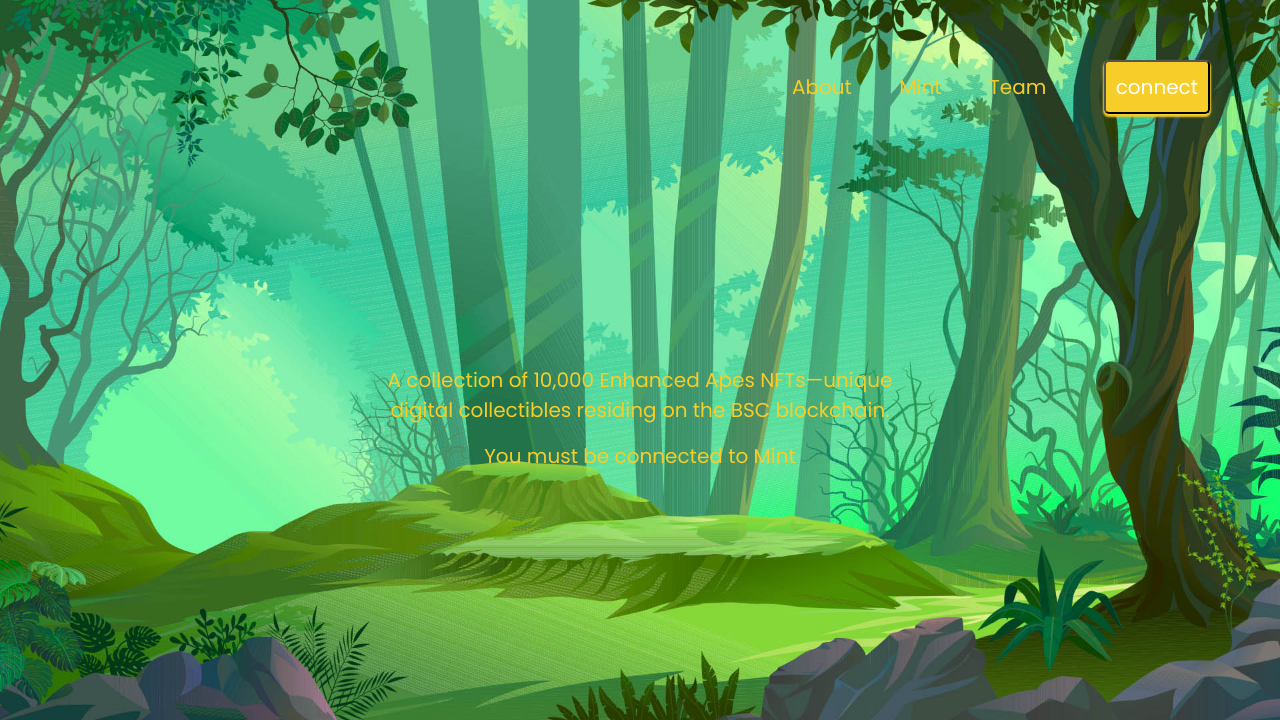
Repository: Stephegbenga/Minting-Dapp
Page: /
These files come from the project's save history. The page is drawn as it stood at one moment and after the next save; the edit follows.
The browser window is 1280 px wide. The pictures show the whole page.
The project was rebuilt for these pictures with package versions that can differ from the ones it lists, and the page was loaded fresh each time.

Above is the page before, as saved 2022-04-07 17:15:21.

After the next save:
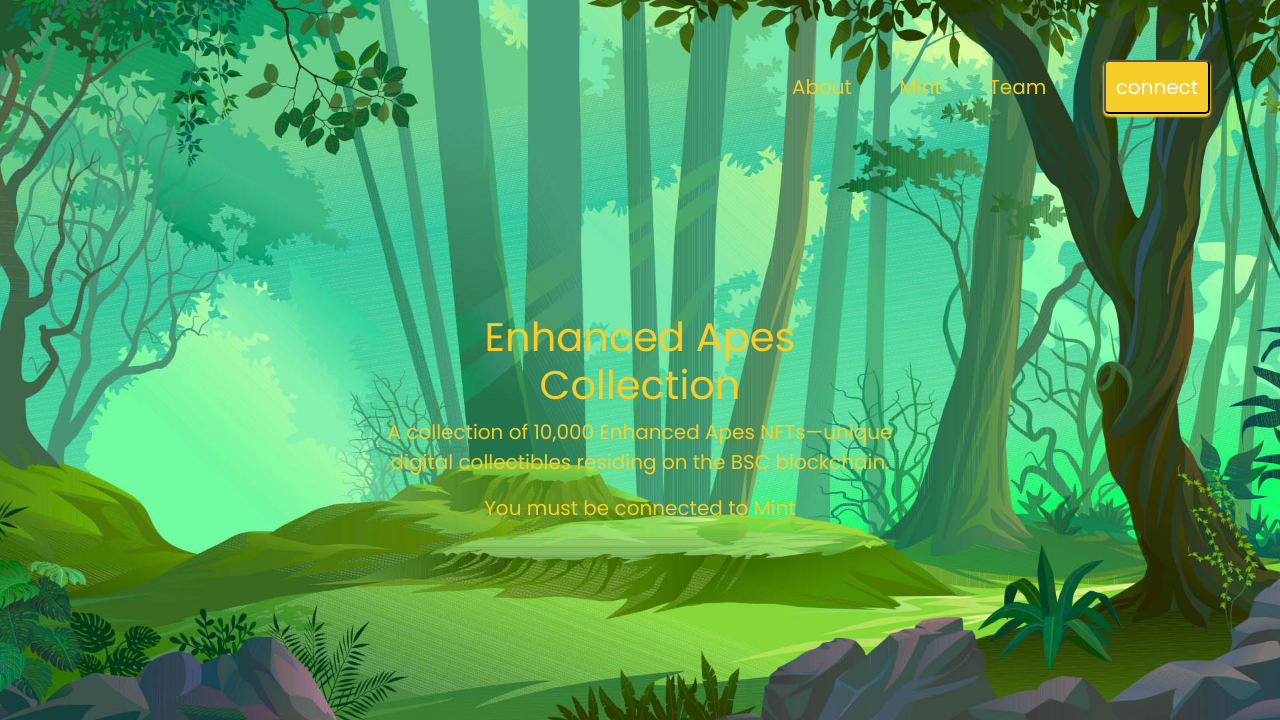
Saved 36 s later.
--- a/src/MainMint.js
+++ b/src/MainMint.js
@@ -35,6 +35,7 @@ const MainMint = ({ accounts, setAccounts}) => {
     return (
         <Flex justify="center" align="center" height="70vh" padding="150px">
             <Box width="520px">
+                <h1>Enhanced Apes Collection</h1>
 
                     <p>
                         A collection of 10,000 Enhanced Apes NFTs—unique digital collectibles
